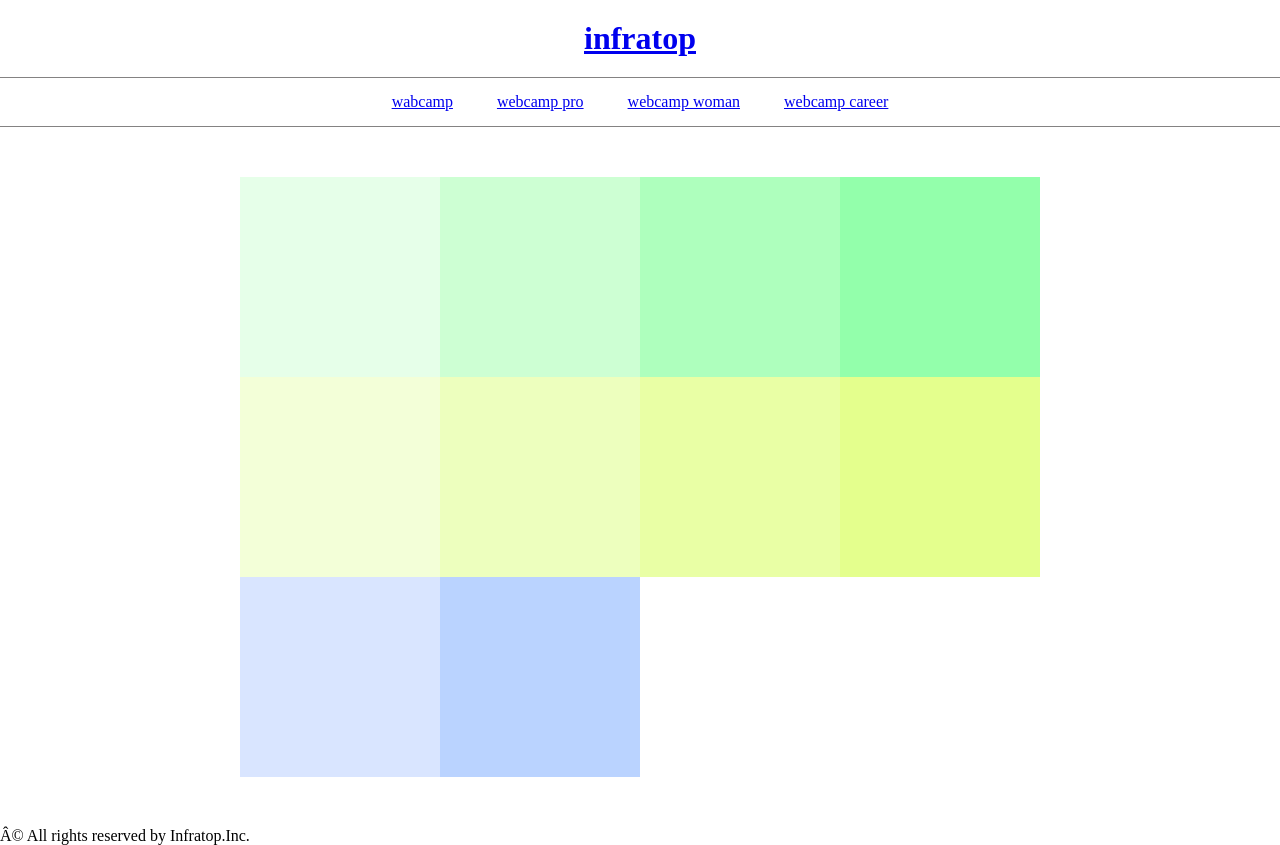
Repository: dsjanainoyo/html
Page: capter5.exercise/capter5.exercise.html
The author's editor kept a record of every edit. The page is drawn from the files as they stood at one moment, then again after the next edit.
The browser window is 1280 px wide. The pictures show the whole page.

Above is the page before.

After the next edit:
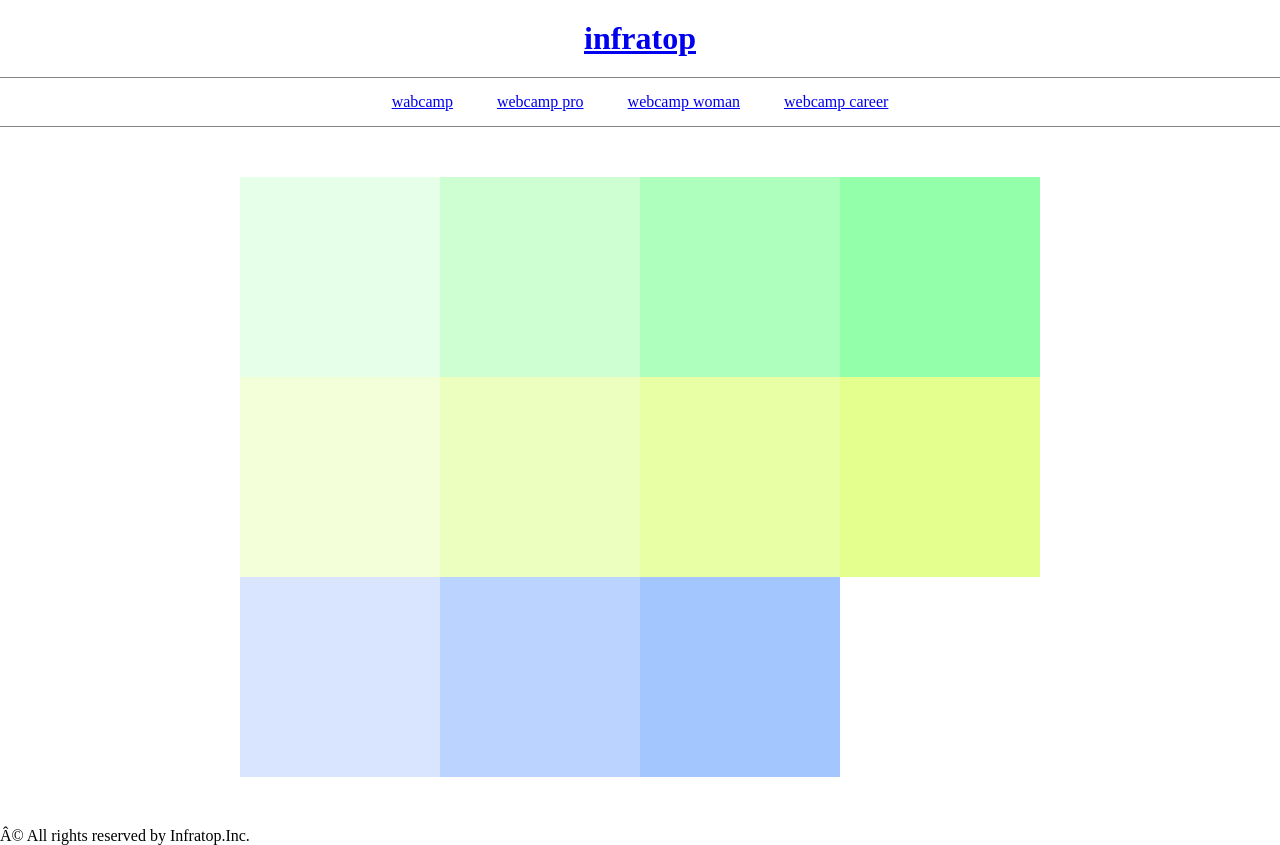
The edit:
--- a/capter5.exercise/capter5.exercise.css
+++ b/capter5.exercise/capter5.exercise.css
@@ -95,7 +95,7 @@
 .box11{
   width:200px;
   height:200px;
-  background-color:;
+  background-color:#a4c6ff;
 }
 
 .box1{
